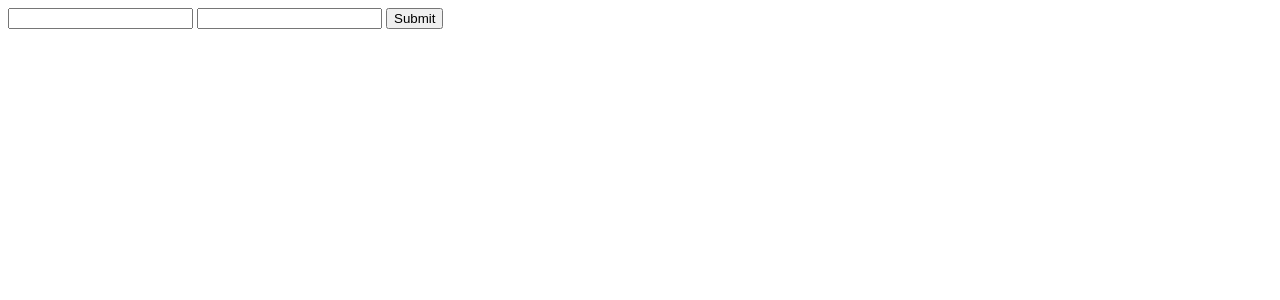
Repository: KaiqueSantos98/alurapic
Page: http://localhost/gerenciador/formNovaEmpresa.jsp
The author's editor kept a copy of each file at every save. The page is drawn from the files as they stood at one save, then again after the next save.
The browser window is 1280 px wide. The pictures show the whole page.
The page is served by Tomcat 9. Other server files are loaded and not shown.

Above is the page before, as saved 2019-09-21 03:46:08.

### project/servlet/gerenciador/WebContent/formNovaEmpresa.jsp
<%@ taglib uri="http://java.sun.com/jsp/jstl/core" prefix="c" %>
<%@ taglib uri="http://java.sun.com/jsp/jstl/fmt" prefix="fmt" %>

<!DOCTYPE html>
<html>
<head>
<meta charset="ISO-8859-1">
<title>Formulário Servlet - Envia dados</title>
</head>
<body>

	<form action="/gerenciador/novaEmpresa" method="post">
		<input type="text" title="Nome: " name="nomeFantasia">
		<input type="text" title="Data: " name="dataAberturaEmpresa">
		<input type="submit">
	</form>

</body>
</html>

After the next save:
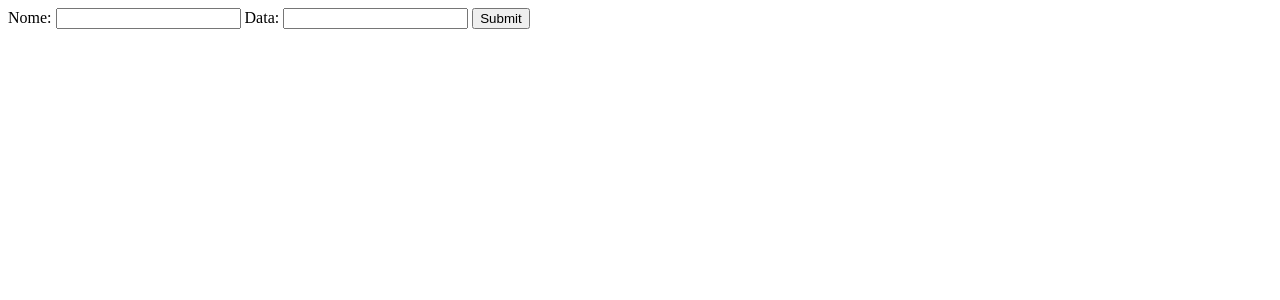
Saved 58 s later.
--- a/project/servlet/gerenciador/WebContent/formNovaEmpresa.jsp
+++ b/project/servlet/gerenciador/WebContent/formNovaEmpresa.jsp
@@ -10,8 +10,8 @@
 <body>
 
 	<form action="/gerenciador/novaEmpresa" method="post">
-		<input type="text" title="Nome: " name="nomeFantasia">
-		<input type="text" title="Data: " name="dataAberturaEmpresa">
+		<label>Nome: <input type="text" name="nomeFantasia"></label>
+		<label>Data: <input type="text" name="dataAberturaEmpresa"></label>
 		<input type="submit">
 	</form>
 
